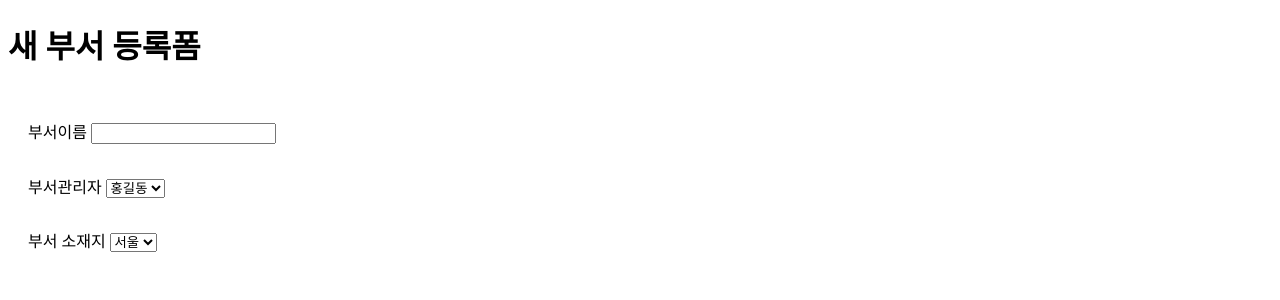
Repository: benpark0613/basic
Page: http://localhost/sample/hr/dept/form.jsp
An editor plug-in stored every save of this project. The page is shown before and after the next save, followed by the edit.
The browser window is 1280 px wide. The pictures show the whole page.
The page is served by Tomcat 9. Other server files are loaded and not shown.

Above is the page before, as saved 2021-11-11 02:25:49.

### HR_app/sample/src/main/webapp/hr/dept/form.jsp
<%@ page language="java" contentType="text/html; charset=UTF-8"
    pageEncoding="UTF-8"%>
<!DOCTYPE html>
<html>
<head>
<meta charset="UTF-8">
<link rel="stylesheet" type="text/css" href="../../resources/css/style.css">
<title>부서정보 관리::입력폼</title>
</head>
<body>
	<h1>새 부서 등록폼</h1>

	<div>
		<form method="post" action="register.jsp">
			<div class="form-group">
				<label>부서이름</label>
				<input type="text" name="name"/>
			</div>
			<div class="form-group">
				<label>부서관리자</label>
				<select name="managerId">
					<option value="100">홍길동</option>
					<option value="100">홍길동</option>
					<option value="100">홍길동</option>
					<option value="100">홍길동</option>
					<option value="100">홍길동</option>
				</select>
			</div>
			<div class="form-group">
				<label>부서 소재지</label>
				<select name="locationId">
					<option value="1000">서울</option>
				</select>
			</div>
		</form>

	</div>
</body>
</html>

### HR_app/sample/src/main/webapp/resources/css/style.css
@charset "UTF-8";

div {
	margin: 10px 0;
	padding: 10px;
}

table {
	width: 100%;
	border-collapse: collapse;
}

th, td {
	padding: 8px;
	text-align: left;
	border: 1px solid black;
}

thead th {
	background-color: #0072B5;
	color : white;
	font-weight: bolder;
}

.text-center {
	text-align: center;
}

.text-left {
	text-align: left;
}

.text-right {
	text-align: right;
}

After the next save:
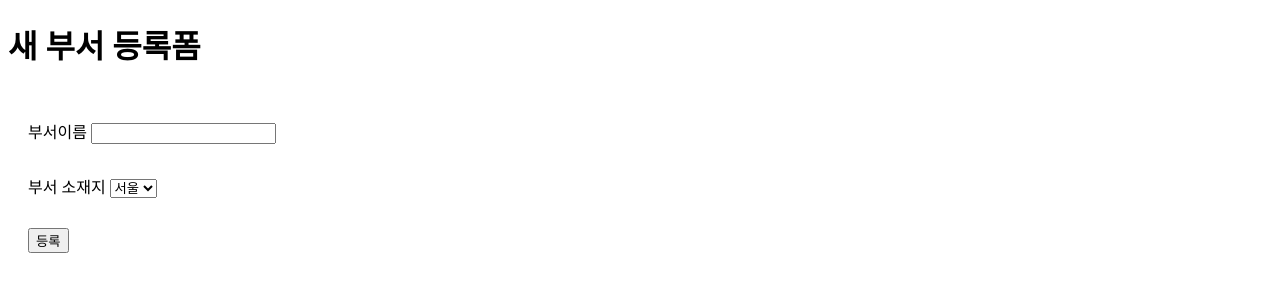
Saved 5 min 10 s later.
--- a/HR_app/sample/src/main/webapp/hr/dept/form.jsp
+++ b/HR_app/sample/src/main/webapp/hr/dept/form.jsp
@@ -17,20 +17,23 @@
 				<input type="text" name="name"/>
 			</div>
 			<div class="form-group">
-				<label>부서관리자</label>
-				<select name="managerId">
-					<option value="100">홍길동</option>
-					<option value="100">홍길동</option>
-					<option value="100">홍길동</option>
-					<option value="100">홍길동</option>
-					<option value="100">홍길동</option>
-				</select>
-			</div>
-			<div class="form-group">
 				<label>부서 소재지</label>
 				<select name="locationId">
 					<option value="1000">서울</option>
+					<option value="1000">서울</option>
+					<option value="1000">서울</option>
+					<option value="1000">서울</option>
+					<option value="1000">서울</option>
+					<option value="1000">서울</option>
 				</select>
+			</div>
+			<div>
+				<input type="submit" value="등록"/>
+				<!--
+					<button>등록</button>
+					<button type="submit">등록</button>
+					<button type="button">등록</button>
+				 -->
 			</div>
 		</form>
 
